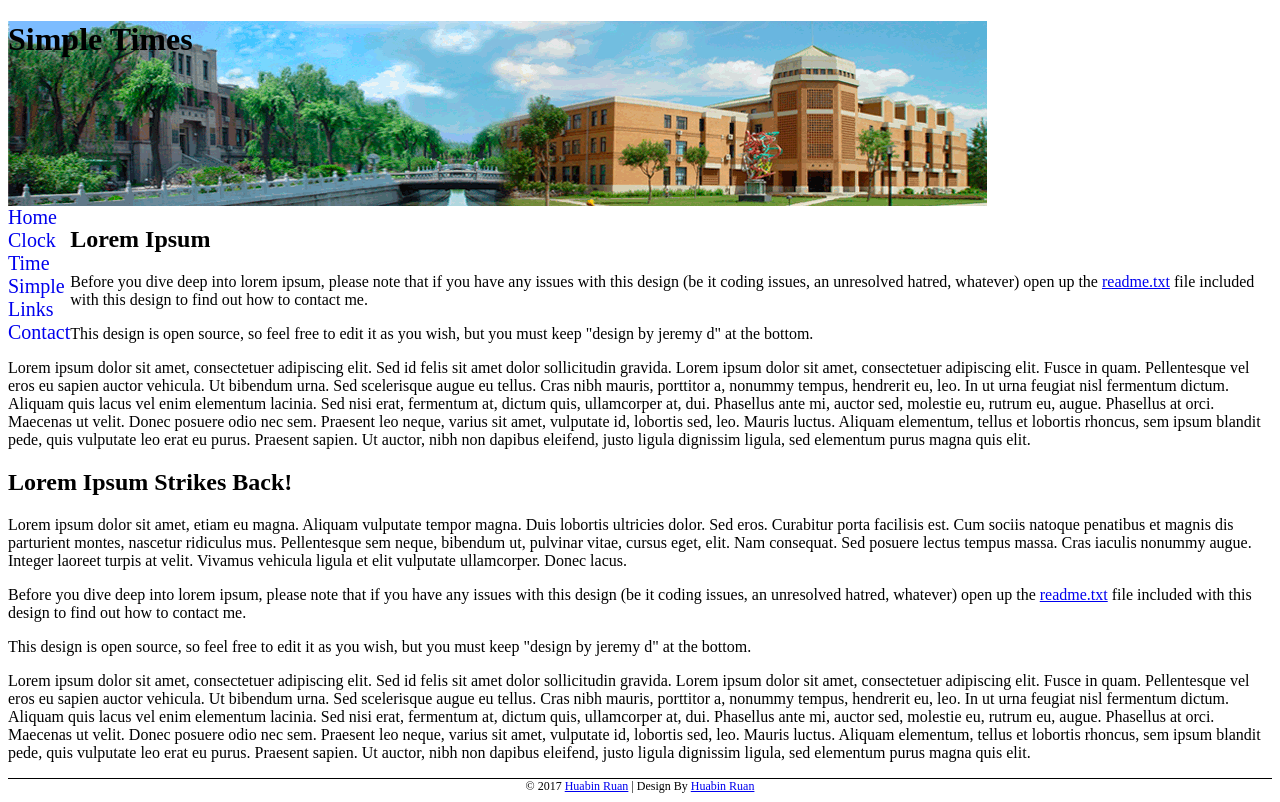
Repository: ruanhuabin/LifeSoftwareWebSite
Page: http://localhost/CryoEM/WEB-INF/index2.jsp
These files come from the project's save history. The page is drawn as it stood at one moment and after the next save; the edit follows.
The browser window is 1280 px wide. The pictures show the whole page.
The page is served by Tomcat 9. Nobody is signed in. The template is opened directly, without the code that normally fills it, so the values that code supplies are empty.

Above is the page before, as saved 2017-08-04 03:00:37.

After the next save:
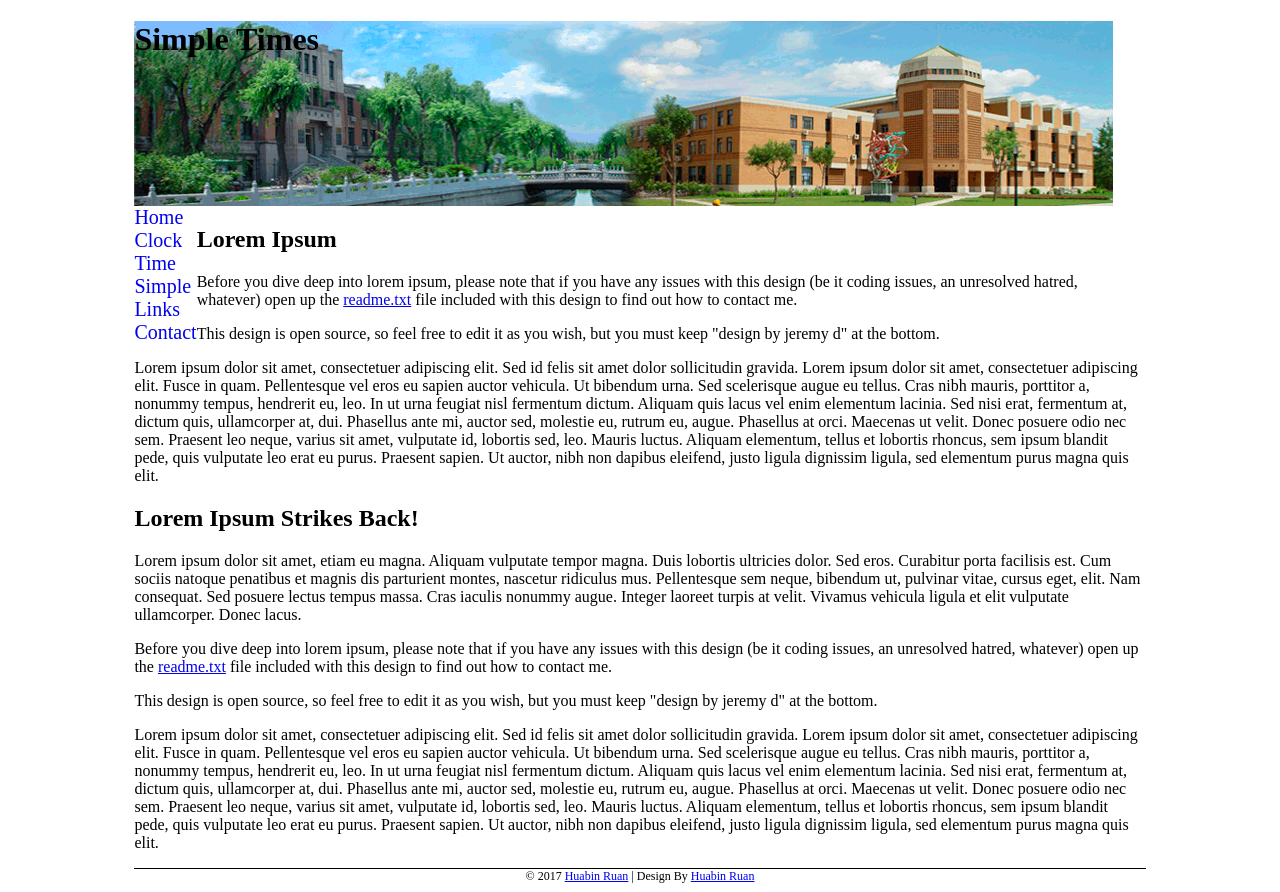
Saved 7 s later.
--- a/CryoEM/WebRoot/style.css
+++ b/CryoEM/WebRoot/style.css
@@ -31,7 +31,7 @@
 }
 
 
-#main_containe {
+#main_container {
 	width:80%;
 	/* width:80% */
 	border: #000000 0px solid;

After the save that followed:
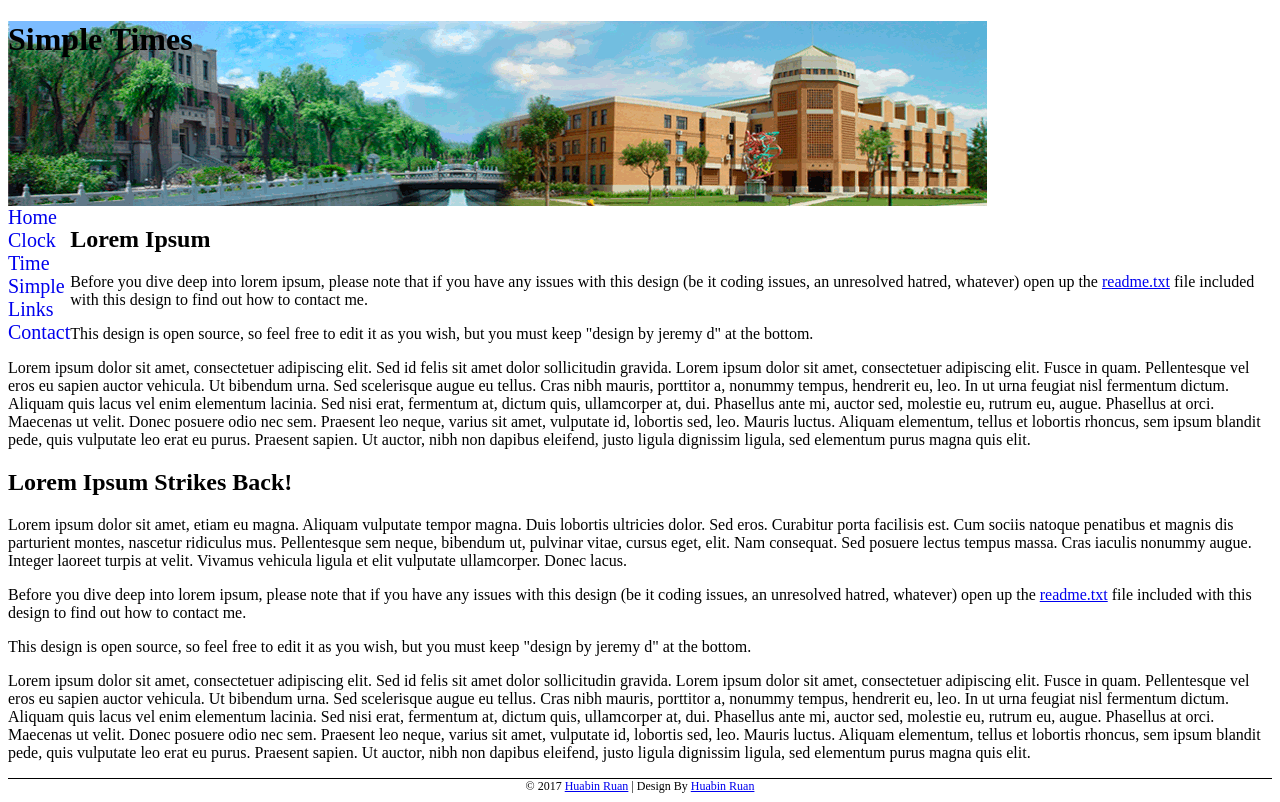
Saved 101 s later.
--- a/CryoEM/WebRoot/style.css
+++ b/CryoEM/WebRoot/style.css
@@ -31,7 +31,7 @@
 }
 
 
-#main_container {
+#main-container {
 	width:80%;
 	/* width:80% */
 	border: #000000 0px solid;
